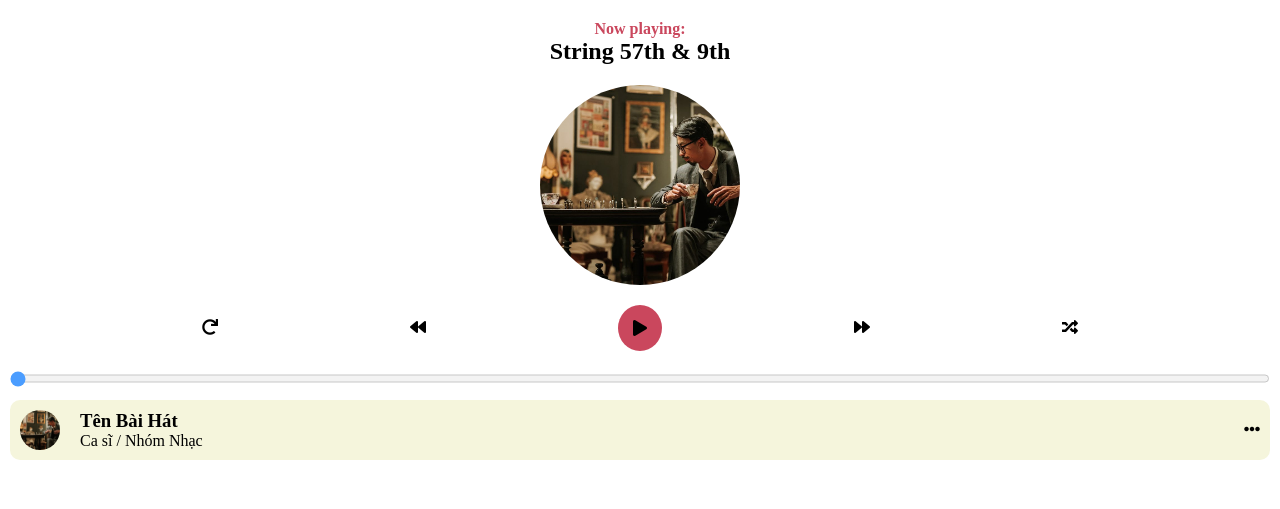
Repository: dovanthao2404/AppMusicPlayer
Page: index.html
The author's editor kept a copy of each file at every save. The page is drawn from the files as they stood at one save, then again after the next save.
The browser window is 1280 px wide. The pictures show the whole page.

Above is the page before, as saved 2021-06-28 10:40:00.

After the next save:
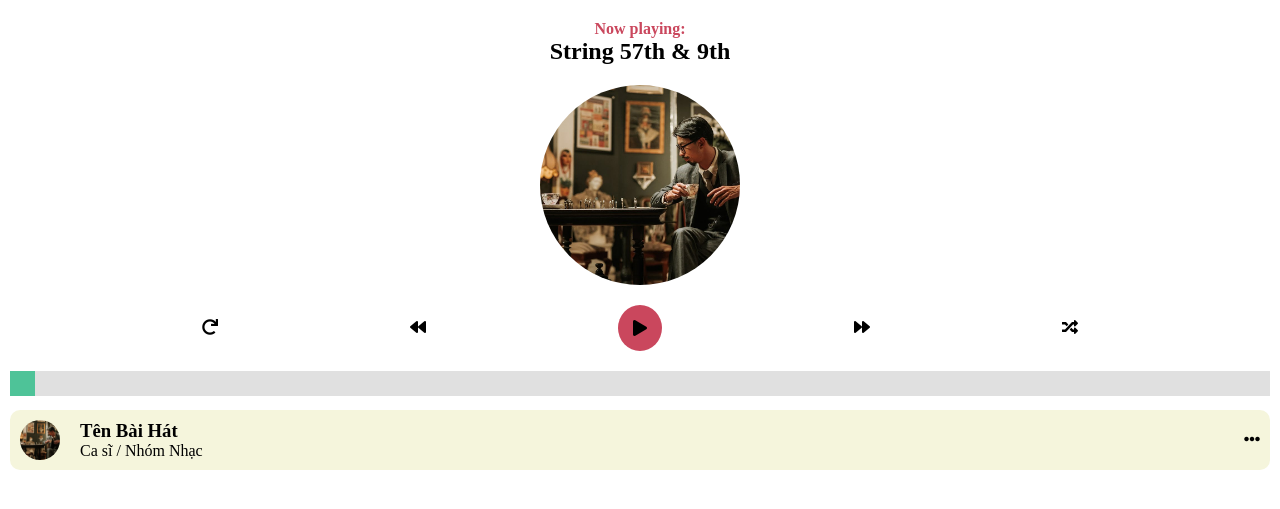
Saved 23 s later.
--- a/css/app.css
+++ b/css/app.css
@@ -48,10 +48,13 @@ header h4 {
   display: none;
 }
 .progress {
+  -webkit-appearance: none;
   width: 100%;
-  height: 15px;
+  height: 25px;
+  background: #d3d3d3;
   outline: none;
   opacity: 0.7;
+  -webkit-transition: 0.2s;
 }
 .progress::-webkit-slider-thumb {
   -webkit-appearance: none;
